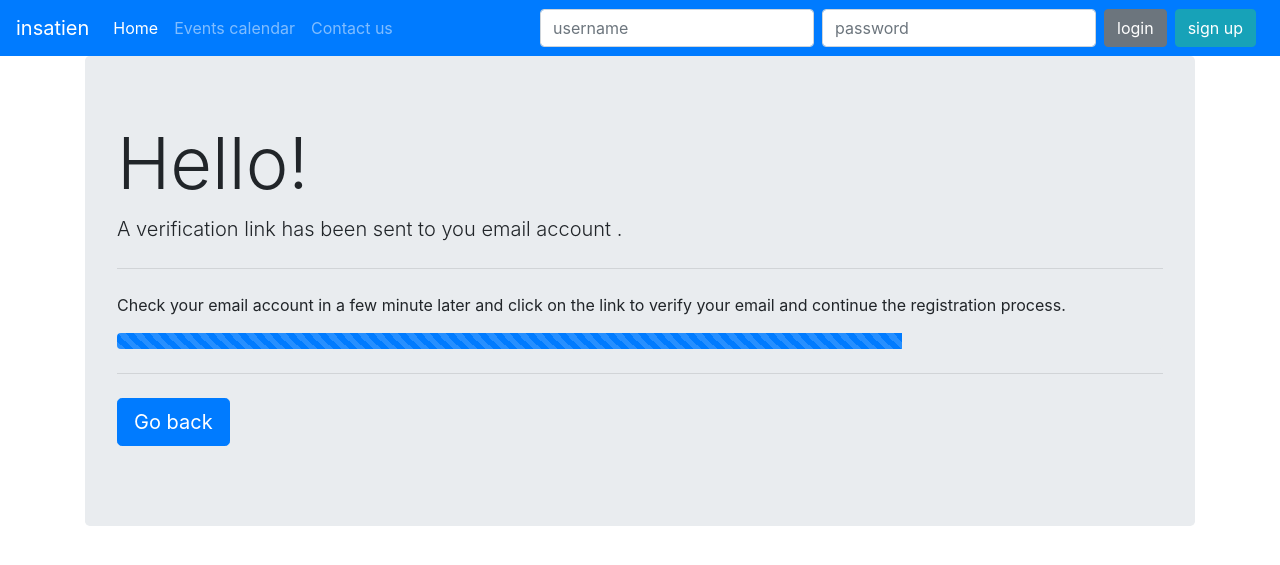
Repository: achourali/insatien
Page: templates/default/comfirmation.html.twig
These files come from the project's save history. The page is drawn as it stood at one moment and after the next save; the edit follows.
The browser window is 1280 px wide. The pictures show the whole page.
Some web fonts or font styles are not loaded; a fallback is used. Some web libraries are served in a nearby version. The page is a Twig template of a Symfony application; nobody is signed in and links lead nowhere. The template is opened directly, without the code that normally fills it, so the values that code supplies are empty.

Above is the page before, as saved 2020-05-03 09:18:41.

### templates/default/comfirmation.html.twig
{% extends 'base.html.twig' %}

{% block body %}
<div class="jumbotron">
    <h1 class="display-3">Hello!</h1>
        <p class="lead"> A verification link has been sent to you email account .</p>
    <hr class="my-4">
        <p>Check your email account in a few minute later and click on the link to verify your email and continue the registration process.</p>
    <div class="progress">
        <div class="progress-bar progress-bar-striped progress-bar-animated" role="progressbar" aria-valuenow="75" aria-valuemin="0" aria-valuemax="100" style="width: 75%"></div>
    </div>
    <hr class="my-4">
    <p class="lead">
      <a class="btn btn-primary btn-lg" href="/" role="button">Go back</a>
    </p>
  </div>

{% endblock %}

### templates/base.html.twig
<!DOCTYPE html>
<html>
    <head>
        <meta charset="UTF-8">
        <title>{% block title %}Welcome!{% endblock %}</title>
        {% block stylesheets %}
            <link rel="stylesheet" href="https://stackpath.bootstrapcdn.com/bootstrap/4.4.1/css/bootstrap.min.css" integrity="sha384-Vkoo8x4CGsO3+Hhxv8T/Q5PaXtkKtu6ug5TOeNV6gBiFeWPGFN9MuhOf23Q9Ifjh" crossorigin="anonymous">        {% endblock %}
    </head>
    <body>
       {{ include('inc/navbar.html.twig')}}
        <div class="container">
        {% block body %}{% endblock %}
        </div>
        {% block javascripts %}
        <script src="https://code.jquery.com/jquery-3.4.1.slim.min.js" integrity="sha384-J6qa4849blE2+poT4WnyKhv5vZF5SrPo0iEjwBvKU7imGFAV0wwj1yYfoRSJoZ+n" crossorigin="anonymous"></script>
        <script src="https://cdn.jsdelivr.net/npm/popper.js@1.16.0/dist/umd/popper.min.js" integrity="sha384-Q6E9RHvbIyZFJoft+2mJbHaEWldlvI9IOYy5n3zV9zzTtmI3UksdQRVvoxMfooAo" crossorigin="anonymous"></script>
        <script src="https://stackpath.bootstrapcdn.com/bootstrap/4.4.1/js/bootstrap.min.js" integrity="sha384-wfSDF2E50Y2D1uUdj0O3uMBJnjuUD4Ih7YwaYd1iqfktj0Uod8GCExl3Og8ifwB6" crossorigin="anonymous"></script>
        <script src="https://kit.fontawesome.com/a3a335e20a.js" crossorigin="anonymous"></script>
        {% endblock %}
    </body>
</html>

### templates/inc/navbar.html.twig
<nav class="navbar navbar-expand-lg navbar-dark bg-primary">
  <a class="navbar-brand" href="\">insatien</a>
  <button class="navbar-toggler" type="button" data-toggle="collapse" data-target="#navbarColor02" aria-controls="navbarColor02" aria-expanded="false" aria-label="Toggle navigation">
    <span class="navbar-toggler-icon"></span>
  </button>

  <div class="collapse navbar-collapse" id="navbarColor02">
    <ul class="navbar-nav mr-auto">
      <li class="nav-item active">
        <a class="nav-link" href="/">Home <span class="sr-only">(current)</span></a>
      </li>
      <li class="nav-item">
        <a class="nav-link" href="/event">Events calendar</a>
      </li>
      <li class="nav-item">
        <a class="nav-link" href="/contact">Contact us</a>
      </li>
    </ul>
    <form class="form-inline my-2 my-lg-0">
      <input class="form-control mr-sm-2" type="text" placeholder="username">
      <input class="form-control mr-sm-2" type="password" placeholder="password">
      <button type="button" class="btn btn-secondary mr-sm-2" type="submit"  > login </button>
      <a class="btn btn-info mr-sm-2" href="/register" role="button"> sign up </a>
    </form>
  </div>
</nav>

After the next save:
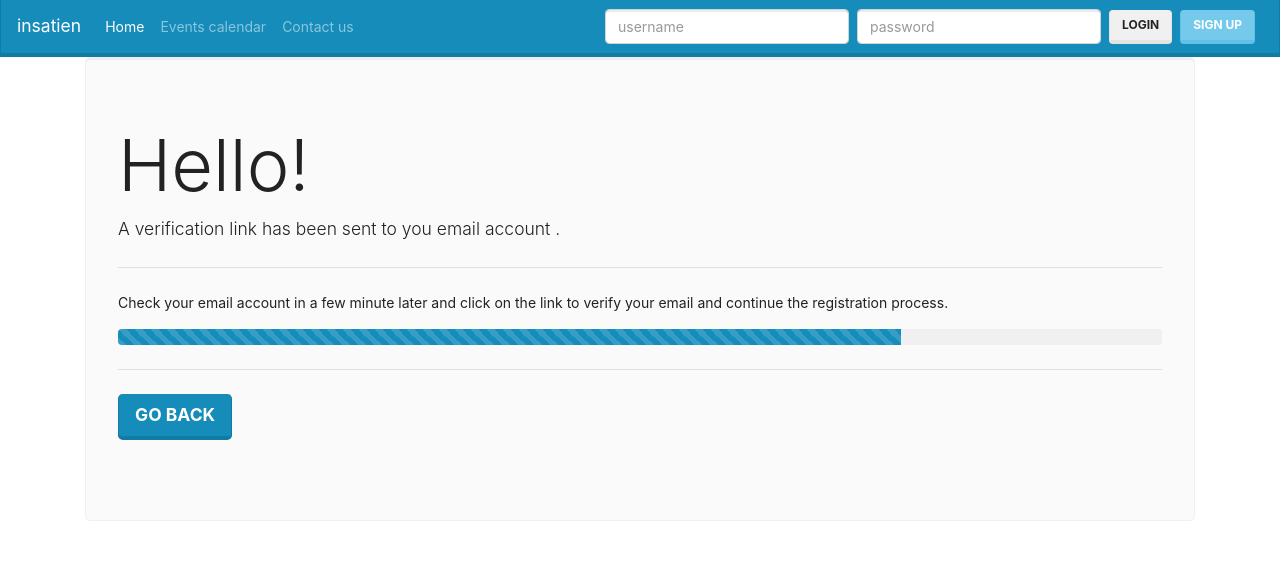
Saved 118 s later.
--- a/templates/base.html.twig
+++ b/templates/base.html.twig
@@ -4,7 +4,9 @@
         <meta charset="UTF-8">
         <title>{% block title %}Welcome!{% endblock %}</title>
         {% block stylesheets %}
-            <link rel="stylesheet" href="https://stackpath.bootstrapcdn.com/bootstrap/4.4.1/css/bootstrap.min.css" integrity="sha384-Vkoo8x4CGsO3+Hhxv8T/Q5PaXtkKtu6ug5TOeNV6gBiFeWPGFN9MuhOf23Q9Ifjh" crossorigin="anonymous">        {% endblock %}
+        <link rel="stylesheet" href="https://stackpath.bootstrapcdn.com/bootstrap/4.4.1/css/bootstrap.min.css" integrity="sha384-Vkoo8x4CGsO3+Hhxv8T/Q5PaXtkKtu6ug5TOeNV6gBiFeWPGFN9MuhOf23Q9Ifjh" crossorigin="anonymous">
+        <link rel="stylesheet" href="https://bootswatch.com/4/lumen/bootstrap.css">
+        {% endblock %}
     </head>
     <body>
        {{ include('inc/navbar.html.twig')}}
